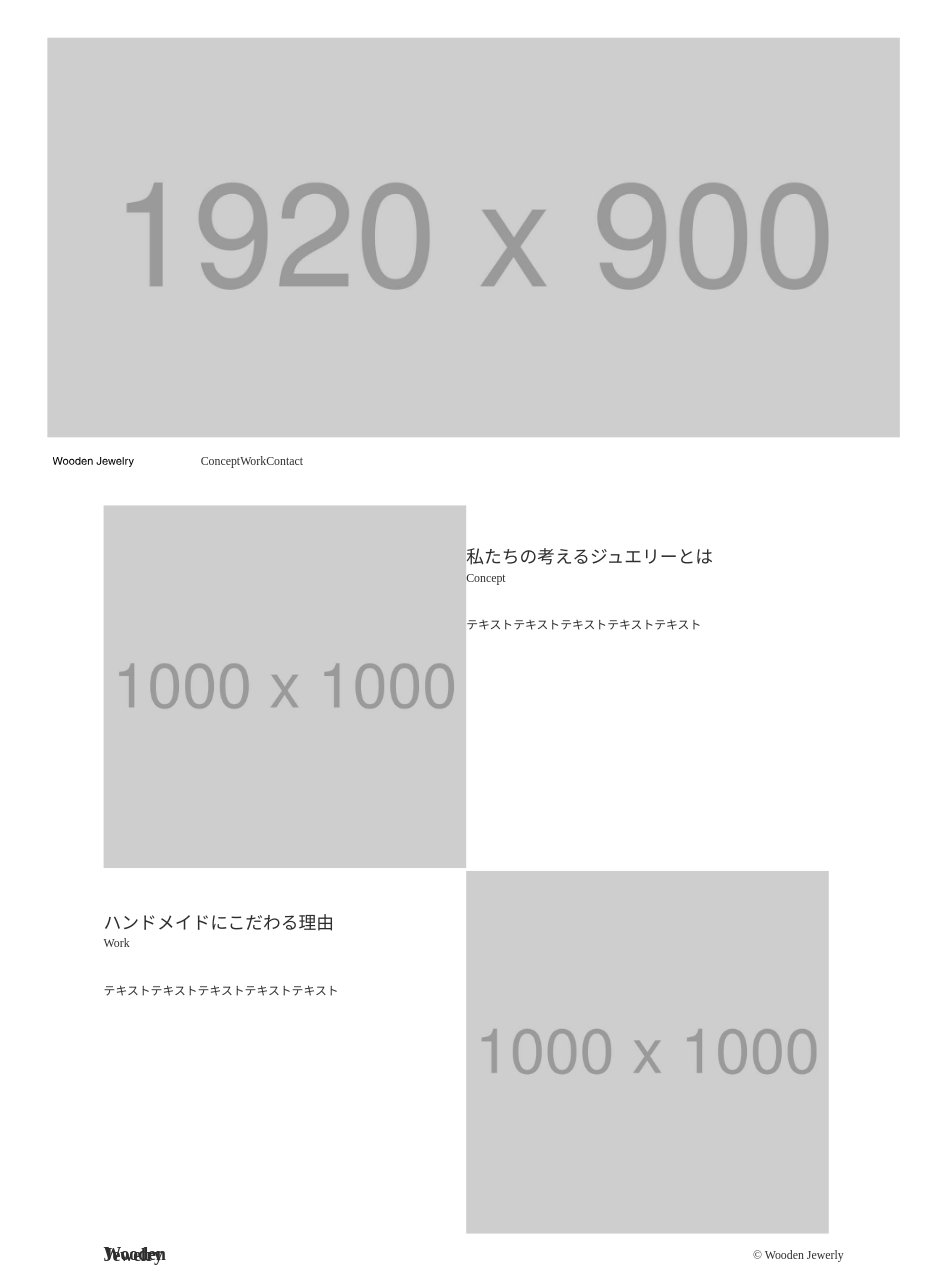
Repository: Fuki-san/jewelry
Page: http://localhost/jewelry
These files come from the project's save history. The page is drawn as it stood at one moment and after the next save; the edit follows.
The browser window is 1280 px wide. The pictures show the whole page, at 74% of full size.
The page is served by the project's Laravel application, run on PHP 8.4 with Laravel 10.

Above is the page before, as saved 2023-11-26 14:54:08.

After the next save:
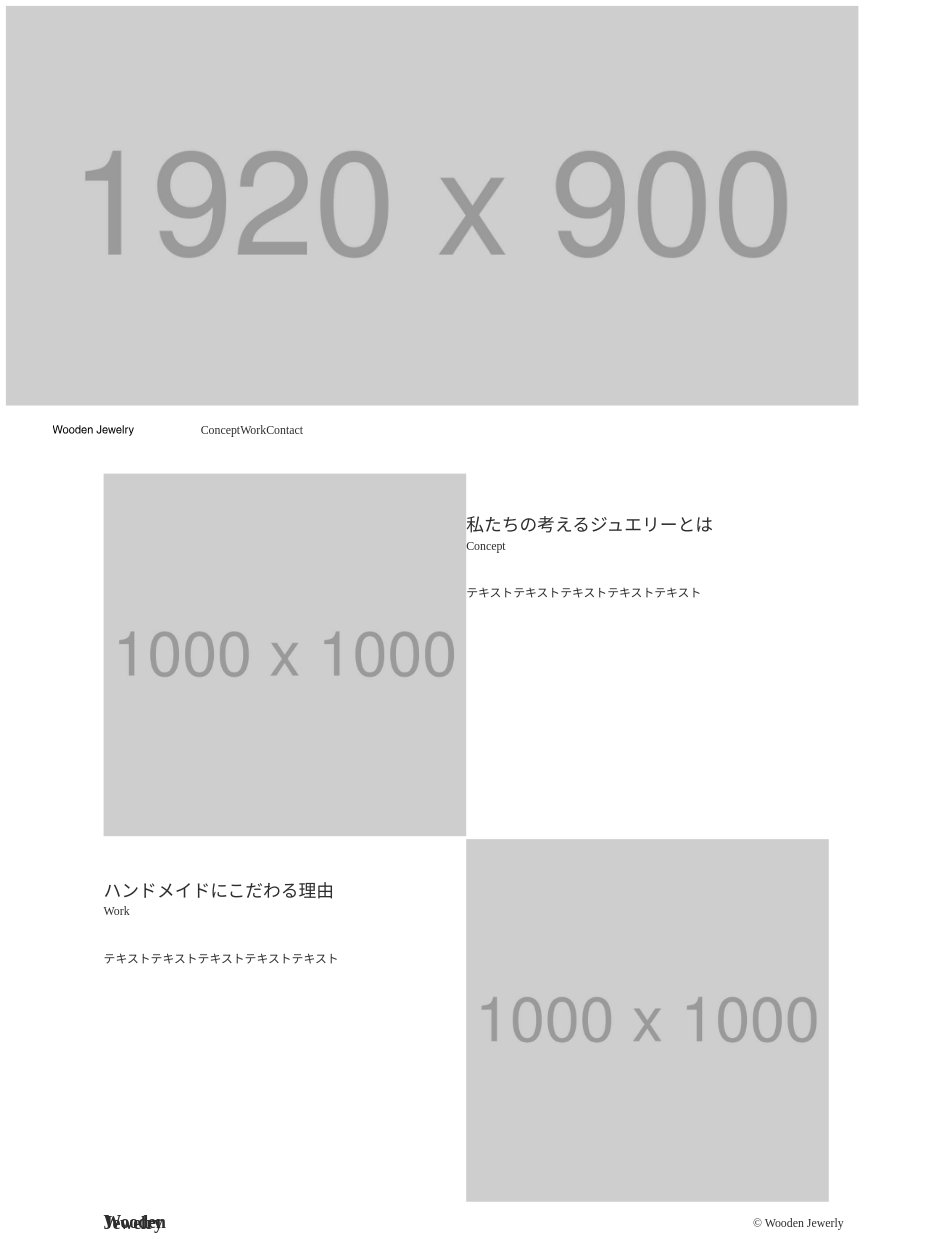
Saved 21 s later.
--- a/public/css/style.css
+++ b/public/css/style.css
@@ -54,7 +54,7 @@
 }
 
 #mainvisual{
-    margin: 4% auto 0 auto;
+    /* margin: 4% auto 0 auto; */
     width: 90vw;
 }
 

After the save that followed:
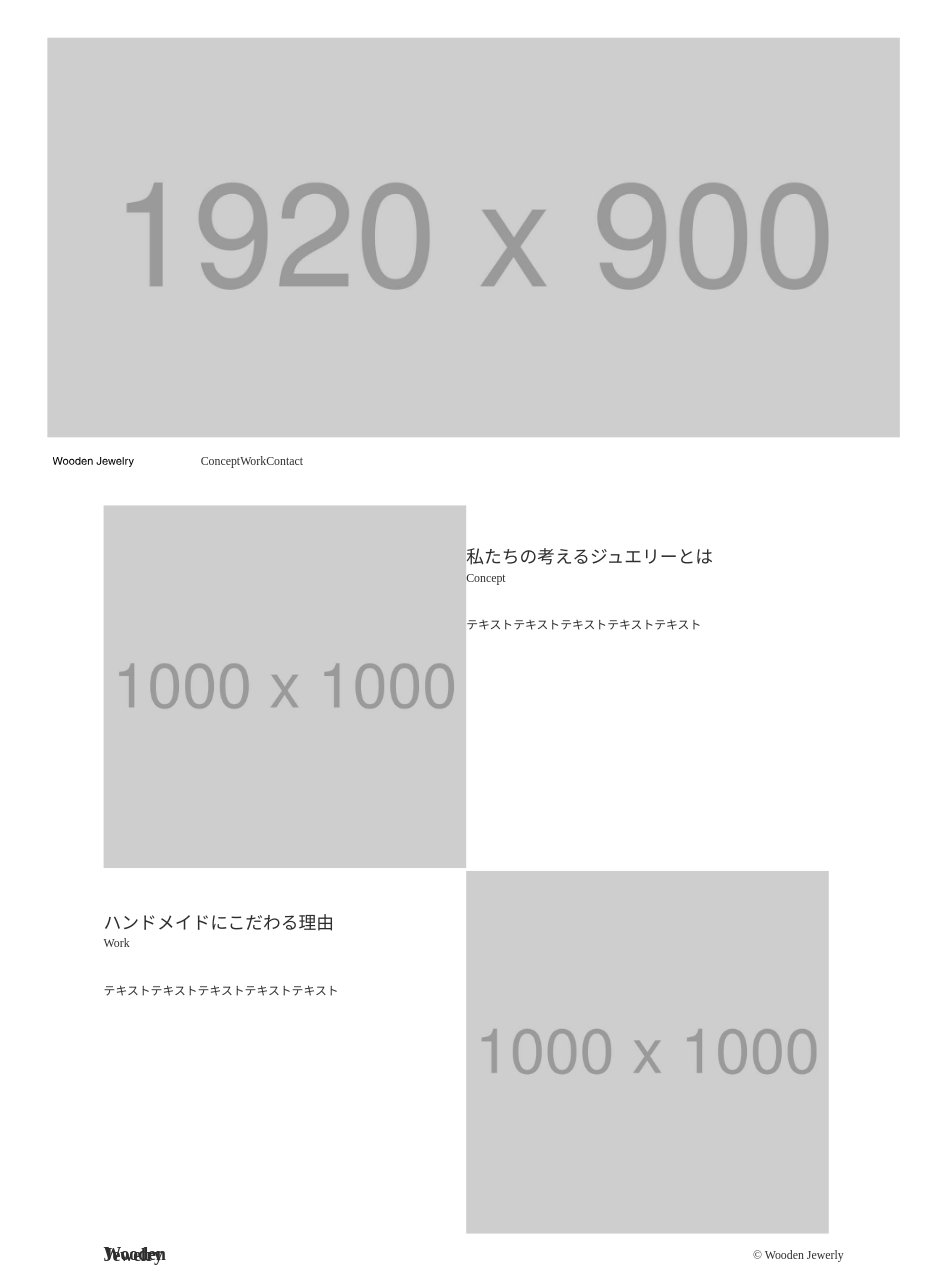
Saved 8 s later.
--- a/public/css/style.css
+++ b/public/css/style.css
@@ -54,7 +54,7 @@
 }
 
 #mainvisual{
-    /* margin: 4% auto 0 auto; */
+    margin: 4% auto 0 auto;
     width: 90vw;
 }
 
